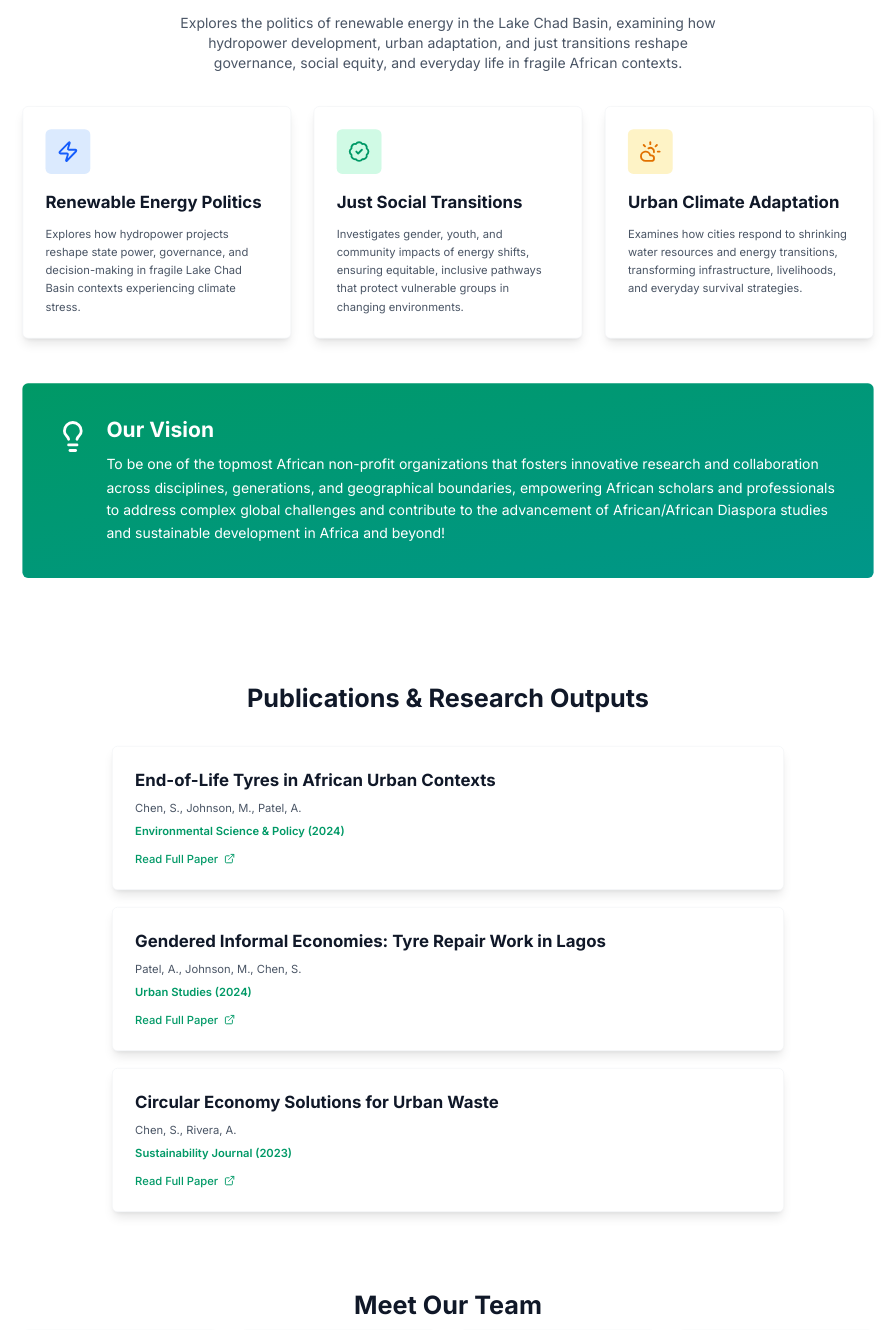
Repository: tiossdav/codesria
Page: /
An editor plug-in stored every save of this project. The page is shown before and after the next save, followed by the edit.
The browser window is 1280 px wide. The pictures show the part of the page from y = 1752 to 3652 px (the page is 5199 px tall before and 5279 px after), at 70% of full size.
Pictures or frames that could not be fetched are drawn as grey boxes. The project was rebuilt for these pictures with package versions that can differ from the ones it lists, and the page was loaded fresh each time. Also part of the build but not shown: vite.config.ts.

Above is the page before, as saved 2025-11-19 22:53:48.

### index.html
<!DOCTYPE html>
<html lang="en">
  <head>
    <meta charset="UTF-8" />
    <link rel="icon" type="image/svg+xml" href="/logo.jpg" />
    <link href="/src/App.css" rel="stylesheet" />
    <link rel="preconnect" href="https://fonts.googleapis.com" />
    <link rel="preconnect" href="https://fonts.gstatic.com" crossorigin />
    <link
      href="https://fonts.googleapis.com/css2?family=Caveat:wght@400..700&family=Inter:ital,opsz,wght@0,14..32,100..900;1,14..32,100..900&family=Lobster&family=Raleway:ital,wght@0,100..900;1,100..900&display=swap"
      rel="stylesheet"
    />
    <meta name="viewport" content="width=device-width, initial-scale=1.0" />
    <title>justenergyafrica</title>
  </head>
  <body>
    <div id="root"></div>
    <script type="module" src="/src/main.tsx"></script>
  </body>
</html>

### src/App.css
@import "tailwindcss";

@theme {
  --font-inter: "Inter", sans-serif;
  --font-caveat: "Caveat", cursive;
  --font-lobster: "Lobster", cursive;
  --font-raleway: "Raleway", sans-serif;
}

### src/App.tsx
import { Route, Switch } from "wouter";
import Header from "./components/layout/Header";
import Footer from "./components/layout/Footer";
import Home from "./pages/Home";
import About from "./pages/About";
import Research from "./pages/Research";
import Team from "./pages/Team";
import Publications from "./pages/Publications";
import Contact from "./pages/Contact";

export default function App() {
  return (
    <div className="min-h-screen bg-white flex flex-col">
      <Header />

      <div className="flex-1">
        <Switch>
          <Route path="/" component={Home} />
          <Route path="/obj" component={About} />
          <Route path="/research" component={Research} />
          <Route path="/team" component={Team} />
          <Route path="/publications" component={Publications} />
          <Route path="/contact" component={Contact} />

          {/* 404 Route */}
          <Route>
            <div className="min-h-screen flex items-center justify-center">
              <div className="text-center">
                <h1 className="text-4xl font-bold text-gray-900 mb-4">404</h1>
                <p className="text-gray-600">Page not found</p>
              </div>
            </div>
          </Route>
        </Switch>
      </div>

      <Footer />
    </div>
  );
}

### src/components/layout/Header.tsx
import { useState } from "react";
import { Link, useLocation } from "wouter";
import { Menu, X } from "lucide-react";

type NavLink = {
  title: string;
  href: string;
};

const navlinks: NavLink[] = [
  { title: "Home", href: "/" },
  { title: "Aim & Objectives", href: "/obj" },
  { title: "Research", href: "/research" },
  { title: "Team", href: "/team" },
  { title: "Publications", href: "/publications" },
  { title: "Contact", href: "/contact" },
];

export default function Header() {
  const [location] = useLocation();
  const [open, setOpen] = useState(false);

  return (
    <nav className="bg-white shadow-sm fixed w-full top-0 z-50 border-b border-gray-200">
      <div className="max-w-7xl mx-auto px-4 sm:px-6 lg:px-4">
        <div className="flex justify-between items-center h-20">
          {/* Logo */}
          <Link href="/">
            <span className="font-caveat text-3xl text-gray-900 font-bold cursor-pointer">
              JustEnergyAfrica
            </span>
          </Link>

          {/* Desktop Menu */}
          <div className="hidden md:flex items-center font-inter space-x-8">
            {navlinks.map((nav, index) => (
              <Link
                key={index}
                href={nav.href}
                className={`text-[16px] font-medium transition-colors ${
                  location === nav.href
                    ? "text-slate-900"
                    : "text-slate-600 hover:text-slate-900"
                }`}
              >
                {nav.title}
              </Link>
            ))}
          </div>

          {/* Mobile Menu Button */}
          <button
            className="md:hidden p-2 rounded-md focus:outline-none"
            onClick={() => setOpen(!open)}
          >
            {open ? <X className="w-6 h-6" /> : <Menu className="w-6 h-6" />}
          </button>
        </div>
      </div>

      {/* Mobile Dropdown */}
      {open && (
        <div className="md:hidden bg-white border-t border-gray-200 shadow-sm font-inter">
          <ul className="flex flex-col p-4 space-y-4">
            {navlinks.map((nav, index) => (
              <Link
                key={index}
                href={nav.href}
                onClick={() => setOpen(false)}
                className={`text-[16px] font-medium ${
                  location === nav.href
                    ? "text-slate-900"
                    : "text-slate-600 hover:text-slate-900"
                }`}
              >
                {nav.title}
              </Link>
            ))}
          </ul>
        </div>
      )}
    </nav>
  );
}

### src/components/layout/Footer.tsx
function Footer() {
  return (
    <footer className="bg-gray-900 text-white py-12 mt-20">
      <div className="max-w-7xl mx-auto px-4 sm:px-6 lg:px-8">
        <div className="text-center mb-6">
          <p className="text-gray-300 mb-2">Funded by the British Academy</p>
          <p className="text-gray-400 text-sm">
            Part of the GCRF 'Urban Infrastructures of Well-Being' research
            programme
          </p>
        </div>
        <div className="text-center pt-6 border-t border-gray-700">
          <p className="text-gray-400">
            © 2024 Pneuma-City Research Project. All rights reserved.
          </p>
        </div>
      </div>
    </footer>
  );
}

export default Footer;

### src/pages/Home.tsx
import { useLocation } from "wouter";
import power from "../assets/power.jpg";
import About from "./About";
import Research from "./Research";
import Publications from "./Publications";
import Team from "./Team";
import Contact from "./Contact";

export default function Home() {
  const [, setLocation] = useLocation();

  return (
    <>
      {/* Hero Section */}
      <div className="relative h-screen mt-20 font-inter">
        <div className="absolute inset-0">
          <img
            src={power}
            alt="Urban African street"
            className="w-full h-full object-cover"
          />
          <div className="absolute inset-0 bg-black opacity-50"></div>
        </div>

        <div className="relative h-full flex items-center px-4">
          <div className="max-w-7xl mx-auto w-full">
            <div className="max-w-3xl">
              <h1 className="text-4xl md:text-5xl font-bold text-white mb-6 leading-tight">
                Hydro-Power S(hr)inking State: Renewable energy in Lake Chad
              </h1>
              <p className="text-xl md:text-2xl text-gray-100 mb-8 leading-relaxed">
                This research explores Lake Chad’s environmental crisis,
                analyzing hydropower, urban adaptation, gender equity, and just
                transition through comparative, mixed-method studies across Chad
                and Nigeria to inform inclusive, sustainable governance and
                development.
              </p>
              <div className="flex flex-col sm:flex-row gap-4">
                <button
                  onClick={() => setLocation("/obj")}
                  className="bg-emerald-600 hover:bg-emerald-700 text-white px-8 py-4 rounded-md font-semibold text-lg transition-colors"
                >
                  Learn More
                </button>
                <button
                  onClick={() => setLocation("/research")}
                  className="bg-white/10 backdrop-blur-sm hover:bg-white/20 border-2 border-white text-white px-8 py-4 rounded-md font-semibold text-lg transition-all"
                >
                  Our Research
                </button>
              </div>
            </div>
          </div>
        </div>
      </div>

      {/* All Sections Below Hero */}
      <About />
      <Research />
      <Publications />
      <Team />
      <Contact />
    </>
  );
}

### src/pages/About.tsx
function About() {
  return (
    <div className="max-w-5xl mx-auto mt-8 px-4 sm:px-6 lg:px-8 py-20 font-inter">
      <h2 className="text-4xl font-bold text-gray-900 mb-8">About</h2>
      <div className="prose prose-lg max-w-none">
        <p className="text-xl text-gray-700 leading-relaxed mb-6">
          Hydro Power, S(hr)inking States? Politics of Renewable Energy, Just
          Transitions and Urban Sustainability in the Lake Chad Basin is a
          collaborative, transdisciplinary research initiative that responds to
          one of Africa’s most pressing environmental challenges: the rapid
          shrinkage of Lake Chad and its far-reaching impacts on state
          stability, urban life, and energy futures.
        </p>
        <p className="text-xl text-gray-700 leading-relaxed mb-8">
          As governments and communities turn to hydropower and other renewable
          energy options, the project investigates how these transitions reshape
          governance systems, social equity, and everyday survival in one of the
          continent’s most fragile ecological zones. By examining the political,
          social, and infrastructural transformations underway, the study seeks
          to provide evidence-based pathways for inclusive, just, and
          climate-resilient development.
        </p>
        <p className="text-xl text-gray-700 leading-relaxed mb-1">
          The project focuses on four overarching questions:
        </p>
        <ul className="list-disc list-inside mb-6 text-xl text-gray-700 leading-relaxed ">
          <li>
            How do hydropower projects influence renewable energy politics
            across the region?
          </li>
          <li>
            How are cities adapting to environmental decline and energy
            transitions?
          </li>
          <li>
            In what ways do gender and generational dynamics shape experiences
            of change?
          </li>
          <li>
            How can a just transition be achieved in settings with limited
            resources and institutional capacity?
          </li>
        </ul>

        {/* <div className="bg-emerald-50 border-l-4 border-emerald-600 p-6 my-8">
          <p className="text-gray-800 italic">
            This project is funded by the British Academy and is part of the
            wider GCRF 'Urban Infrastructures of Well-Being' research programme.
          </p>
        </div> */}
      </div>
    </div>
  );
}

export default About;

### src/pages/Research.tsx
import { BadgeCheck, CloudSun, Lightbulb, Zap } from "lucide-react";

function Research() {
  return (
    <div className="max-w-7xl mx-auto mt-8 px-4 sm:px-6 lg:px-8 py-20 font-inter">
      <h2 className="text-4xl font-bold text-gray-900 mb-4 text-center">
        Research Focus Areas
      </h2>
      <p className="text-xl text-gray-600 mb-12 text-center max-w-3xl mx-auto">
        Explores the politics of renewable energy in the Lake Chad Basin,
        examining how hydropower development, urban adaptation, and just
        transitions reshape governance, social equity, and everyday life in
        fragile African contexts.
      </p>

      <div className="grid md:grid-cols-3 gap-8 mb-16">
        <div className="bg-white p-8 rounded-lg shadow-lg border border-gray-100 hover:shadow-xl transition-shadow">
          <div className="bg-blue-100 w-16 h-16 rounded-lg flex items-center justify-center mb-6">
            <Zap className="h-8 w-8 text-blue-600" />
          </div>
          <h3 className="text-2xl font-bold text-gray-900 mb-4">
            Renewable Energy Politics
          </h3>
          <p className="text-gray-600 leading-relaxed">
            Explores how hydropower projects reshape state power, governance,
            and decision-making in fragile Lake Chad Basin contexts experiencing
            climate stress.
          </p>
        </div>

        <div className="bg-white p-8 rounded-lg shadow-lg border border-gray-100 hover:shadow-xl transition-shadow">
          <div className="bg-emerald-100 w-16 h-16 rounded-lg flex items-center justify-center mb-6">
            <BadgeCheck className="h-8 w-8 text-emerald-600" />
          </div>
          <h3 className="text-2xl font-bold text-gray-900 mb-4">
            Just Social Transitions
          </h3>
          <p className="text-gray-600 leading-relaxed">
            Investigates gender, youth, and community impacts of energy shifts,
            ensuring equitable, inclusive pathways that protect vulnerable
            groups in changing environments.
          </p>
        </div>

        <div className="bg-white p-8 rounded-lg shadow-lg border border-gray-100 hover:shadow-xl transition-shadow">
          <div className="bg-amber-100 w-16 h-16 rounded-lg flex items-center justify-center mb-6">
            <CloudSun className="h-8 w-8 text-amber-600" />
          </div>
          <h3 className="text-2xl font-bold text-gray-900 mb-4">
            Urban Climate Adaptation
          </h3>
          <p className="text-gray-600 leading-relaxed">
            Examines how cities respond to shrinking water resources and energy
            transitions, transforming infrastructure, livelihoods, and everyday
            survival strategies.
          </p>
        </div>
      </div>

      <div className="bg-linear-to-br from-emerald-600 to-teal-600 rounded-lg p-12 text-white">
        <div className="flex items-start">
          <Lightbulb className="h-12 w-12 mr-6 shrink-0 mt-1" />
          <div>
            <h3 className="text-3xl font-bold mb-4">Our Vision</h3>
            <p className="text-xl leading-relaxed">
              To be one of the topmost African non-profit organizations that
              fosters innovative research and collaboration across disciplines,
              generations, and geographical boundaries, empowering African
              scholars and professionals to address complex global challenges
              and contribute to the advancement of African/African Diaspora
              studies and sustainable development in Africa and beyond!
            </p>
          </div>
        </div>
      </div>
    </div>
  );
}

export default Research;

### src/pages/Team.tsx
const teamMembers = [
  {
    name: "Dr. Sarah Chen",
    role: "Principal Investigator",
    image:
      "https://images.unsplash.com/photo-1573496359142-b8d87734a5a2?w=400&h=400&fit=crop",
    bio: "Expert in sustainable urban development and environmental engineering",
  },
  {
    name: "Dr. Marcus Johnson",
    role: "Co-Investigator",
    image:
      "https://images.unsplash.com/photo-1560250097-0b93528c311a?w=400&h=400&fit=crop",
    bio: "Specializes in social sciences and informal economies research",
  },
  {
    name: "Dr. Aisha Patel",
    role: "Research Fellow",
    image:
      "https://images.unsplash.com/photo-1580489944761-15a19d654956?w=400&h=400&fit=crop",
    bio: "Focus on gender studies and urban livelihoods",
  },
  {
    name: "Alex Rivera",
    role: "Research Assistant",
    image:
      "https://images.unsplash.com/photo-1519345182560-3f2917c472ef?w=400&h=400&fit=crop",
    bio: "Researching circular economy models and waste management systems",
  },
];

function Team() {
  return (
    <div className="max-w-7xl mx-auto mt-8 px-4 sm:px-6 lg:px-8 py-10 font-inter">
      <h2 className="text-4xl font-bold text-gray-900 mb-4 text-center">
        Meet Our Team
      </h2>
      {/* <p className="text-xl text-gray-600 mb-12 text-center max-w-3xl mx-auto">
        Our interdisciplinary team combines expertise from engineering, social
        sciences, gender studies, and environmental sustainability
      </p> */}
      <div className="grid md:grid-cols-2 lg:grid-cols-4 gap-8">
        {teamMembers.map((member, index) => (
          <div
            key={index}
            className="bg-white rounded-lg shadow-lg overflow-hidden border border-gray-100 hover:shadow-xl transition-shadow"
          >
            <img
              src={member.image}
              alt={member.name}
              className="w-full h-64 object-cover"
            />
            <div className="p-6">
              <h3 className="text-xl font-bold text-gray-900 mb-1">
                {member.name}
              </h3>
              <p className="text-emerald-600 font-semibold mb-3">
                {member.role}
              </p>
              <p className="text-gray-600 text-sm leading-relaxed">
                {member.bio}
              </p>
            </div>
          </div>
        ))}
      </div>
    </div>
  );
}

export default Team;

### src/pages/Publications.tsx
import { ExternalLink } from "lucide-react";

const publications = [
  {
    title: "End-of-Life Tyres in African Urban Contexts",
    authors: "Chen, S., Johnson, M., Patel, A.",
    journal: "Environmental Science & Policy",
    year: "2024",
    link: "#",
  },
  {
    title: "Gendered Informal Economies: Tyre Repair Work in Lagos",
    authors: "Patel, A., Johnson, M., Chen, S.",
    journal: "Urban Studies",
    year: "2024",
    link: "#",
  },
  {
    title: "Circular Economy Solutions for Urban Waste",
    authors: "Chen, S., Rivera, A.",
    journal: "Sustainability Journal",
    year: "2023",
    link: "#",
  },
];

function Publications() {
  return (
    <div className="max-w-5xl mx-auto mt-8 px-4 sm:px-6 lg:px-8 py-10 font-inter">
      <h2 className="text-4xl font-bold text-gray-900 mb-12 text-center">
        Publications & Research Outputs
      </h2>
      <div className="space-y-6">
        {publications.map((pub, index) => (
          <div
            key={index}
            className="bg-white p-8 rounded-lg shadow-lg border border-gray-100 hover:shadow-xl transition-shadow"
          >
            <h3 className="text-2xl font-bold text-gray-900 mb-3">
              {pub.title}
            </h3>
            <p className="text-gray-600 mb-2">{pub.authors}</p>
            <p className="text-emerald-600 font-semibold mb-4">
              {pub.journal} ({pub.year})
            </p>
            <a
              href={pub.link}
              className="inline-flex items-center text-emerald-600 hover:text-emerald-700 font-medium"
            >
              Read Full Paper <ExternalLink className="ml-2 h-4 w-4" />
            </a>
          </div>
        ))}
      </div>
    </div>
  );
}

export default Publications;

### src/pages/Contact.tsx
import { Mail, Target } from "lucide-react";

function Contact() {
  return (
    <div className="max-w-3xl mx-auto mt-8 px-4 sm:px-6 lg:px-8 py-10 font-inter">
      <h2 className="text-4xl font-bold text-gray-900 mb-4 text-center">
        Get Involved
      </h2>
      <p className="text-xl text-gray-600 mb-12 text-center">
        Interested in collaborating or learning more about our work? We welcome
        inquiries from researchers, practitioners, and community organizations.
      </p>
      <div className="bg-white p-10 rounded-lg shadow-lg border border-gray-100">
        <div className="space-y-8">
          <div className="flex items-start">
            <Mail className="h-6 w-6 text-emerald-600 mt-1 mr-4 shrink-0" />
            <div>
              <h3 className="font-bold text-gray-900 mb-2 text-lg">Email Us</h3>
              <p className="text-gray-600">graduateresearchclinic@gmail.com</p>
            </div>
          </div>

          <div className="flex items-start">
            <Target className="h-6 w-6 text-emerald-600 mt-1 mr-4 shrink-0" />
            <div>
              <h3 className="font-bold text-gray-900 mb-2 text-lg">
                Research Location
              </h3>
              <p className="text-gray-600">Ibadan, Nigeria.</p>
            </div>
          </div>

          <div className="pt-6 border-t border-gray-200">
            <h3 className="font-bold text-gray-900 mb-4 text-lg">
              Collaboration Opportunities
            </h3>
            <p className="text-gray-600 mb-6 leading-relaxed">
              We're open to partnerships with academic institutions, NGOs,
              government agencies, and community organizations working on
              sustainable urban development and circular economy initiatives.
            </p>
            <button className="w-full bg-emerald-600 hover:bg-emerald-700 text-white px-6 py-4 rounded-md font-semibold transition-colors">
              Send Inquiry
            </button>
          </div>
        </div>
      </div>
    </div>
  );
}

export default Contact;

Loaded but not shown: src/main.tsx (common file)

After the next save:
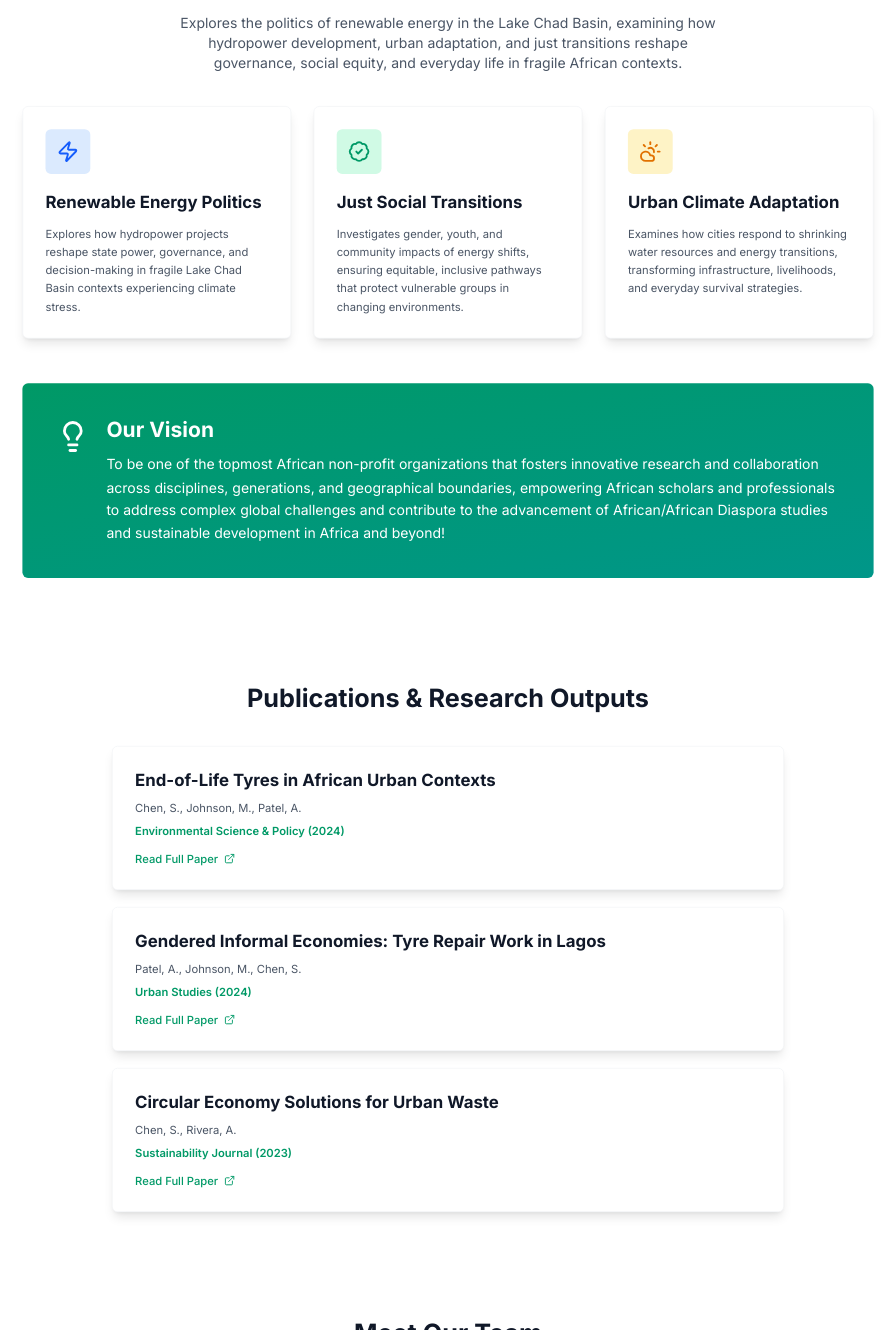
Saved 119 s later.
--- a/src/pages/Team.tsx
+++ b/src/pages/Team.tsx
@@ -31,7 +31,7 @@ const teamMembers = [
 
 function Team() {
   return (
-    <div className="max-w-7xl mx-auto mt-8 px-4 sm:px-6 lg:px-8 py-10 font-inter">
+    <div className="max-w-7xl mx-auto mt-8 px-4 sm:px-6 lg:px-8 py-20 font-inter">
       <h2 className="text-4xl font-bold text-gray-900 mb-4 text-center">
         Meet Our Team
       </h2>
